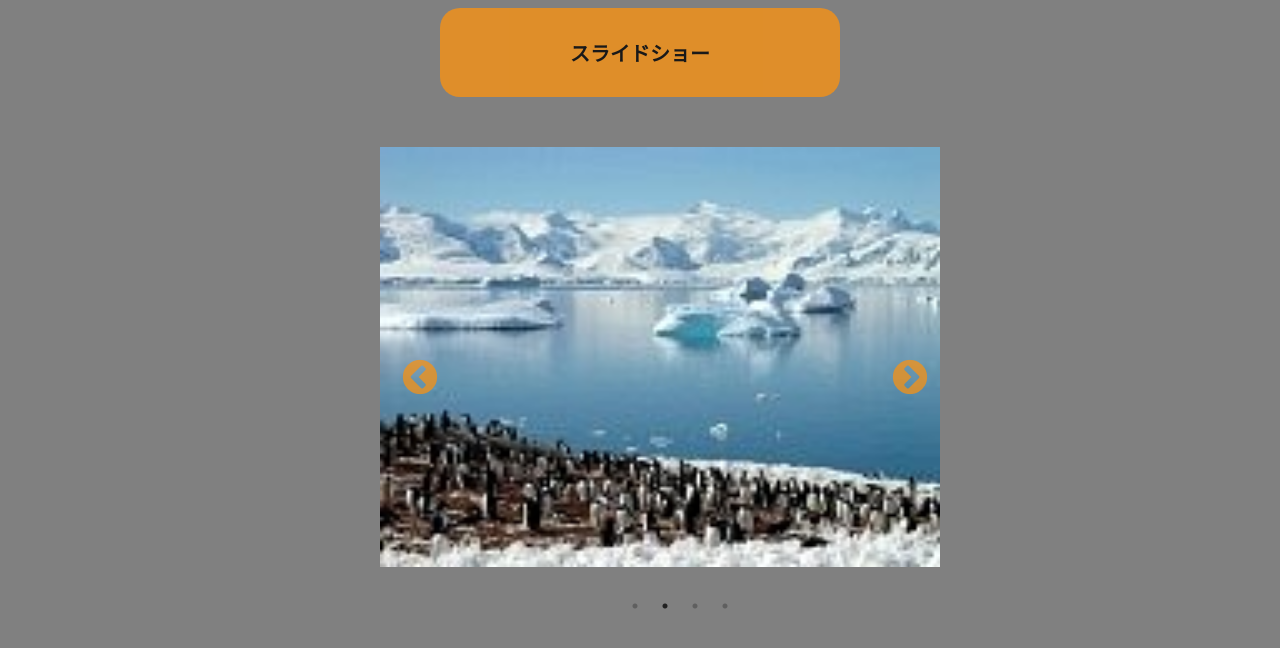
Repository: uemura-15/slideShow
Page: contents/index.html
The author's editor kept a record of every edit. The page is drawn from the files as they stood at one moment, then again after the next edit.
The browser window is 1280 px wide. The pictures show the whole page.

Above is the page before.

After the next edit:
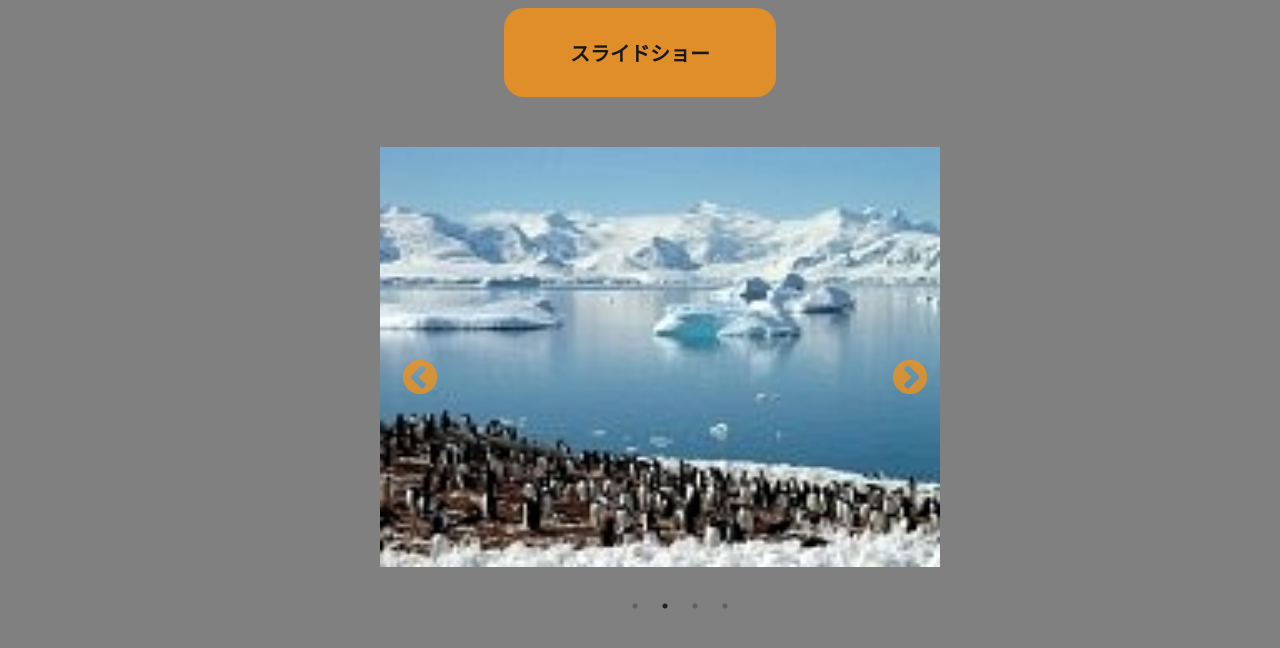
The edit:
--- a/contents/css/style.css
+++ b/contents/css/style.css
@@ -8,7 +8,7 @@
 }
 
 .font {
-    width: 30%;
+    width: 20%;
     padding: 10px;
     background-color: #f79214;
     opacity: 0.8;
